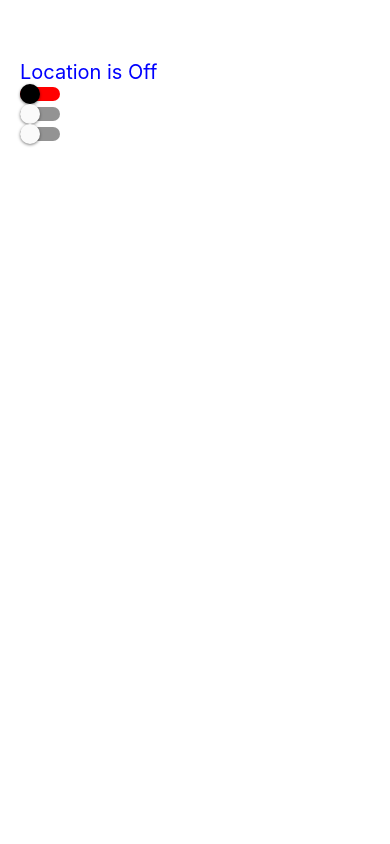
Repository: akinmiday/ReactNativeApp
Screen: /
The author's editor kept a copy of each file at every save. The screen is drawn from the files as they stood at one save, then again after the next save.
The app was drawn by React Native's web renderer in a window 390 px wide. The project was rebuilt for these pictures with package versions that can differ from the ones it lists, and the page was loaded fresh each time.

Above is the screen before, as saved 2023-08-05 05:30:47.

### App.js
import { View, Switch, Text } from "react-native";
import styles from "./styles";
import { useState } from "react";

export default function App() {
  const { container, text } = styles;

  const [location, setLocation] = useState(false);
  const [mic, setMic] = useState(false);
  const [storage, setStorage] = useState(false);

  return (
    <View style={container}>
      <Text style={text}>Location is {location ? "On" : "Off"}</Text>
      <Switch
        trackColor={{ false: "red", true: "green" }}
        thumbColor={"black"}
        ios_backgroundColor={"red"}
        onValueChange={() => setLocation(!location)}
        value={location}
      />
      <Switch />
      <Switch />
    </View>
  );
}

### styles.js
import { StyleSheet } from "react-native";

const styles = StyleSheet.create({
  container: {
    marginTop: 40,
    padding: 20,
    backgroundColor: "#fff",
    flex: 1,
  },
  input: {
    backgroundColor: "pink",
    marginTop: 20,
    padding: 20,
  },
  text: {
    fontSize: 20,
    color: "blue",
  },
});

export default styles;

After the next save:
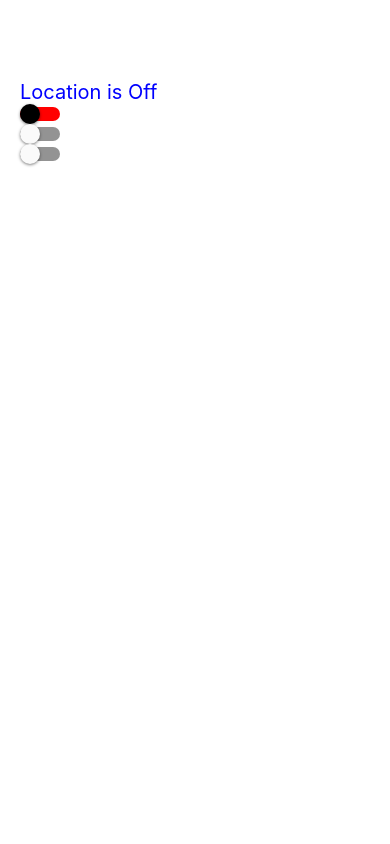
Saved 79 s later.
--- a/styles.js
+++ b/styles.js
@@ -15,6 +15,7 @@ const styles = StyleSheet.create({
   text: {
     fontSize: 20,
     color: "blue",
+    marginTop: 20,
   },
 });
 
